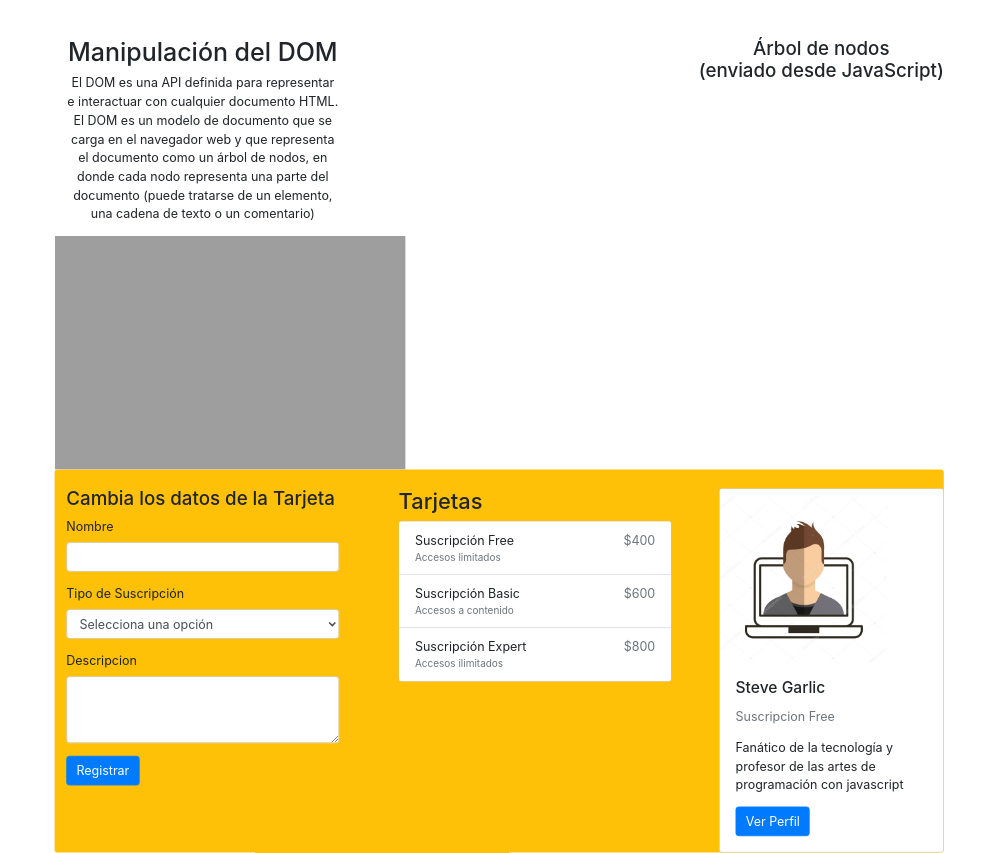
Repository: pedro-donoso/manipulacion-dom
Page: index.html
These files come from the project's save history. The page is drawn as it stood at one moment and after the next save; the edit follows.
The browser window is 1280 px wide. The pictures show the whole page, at 78% of full size.
Pictures or frames that could not be fetched are drawn as grey boxes.

Above is the page before, as saved 2024-02-06 14:36:43.

After the next save:
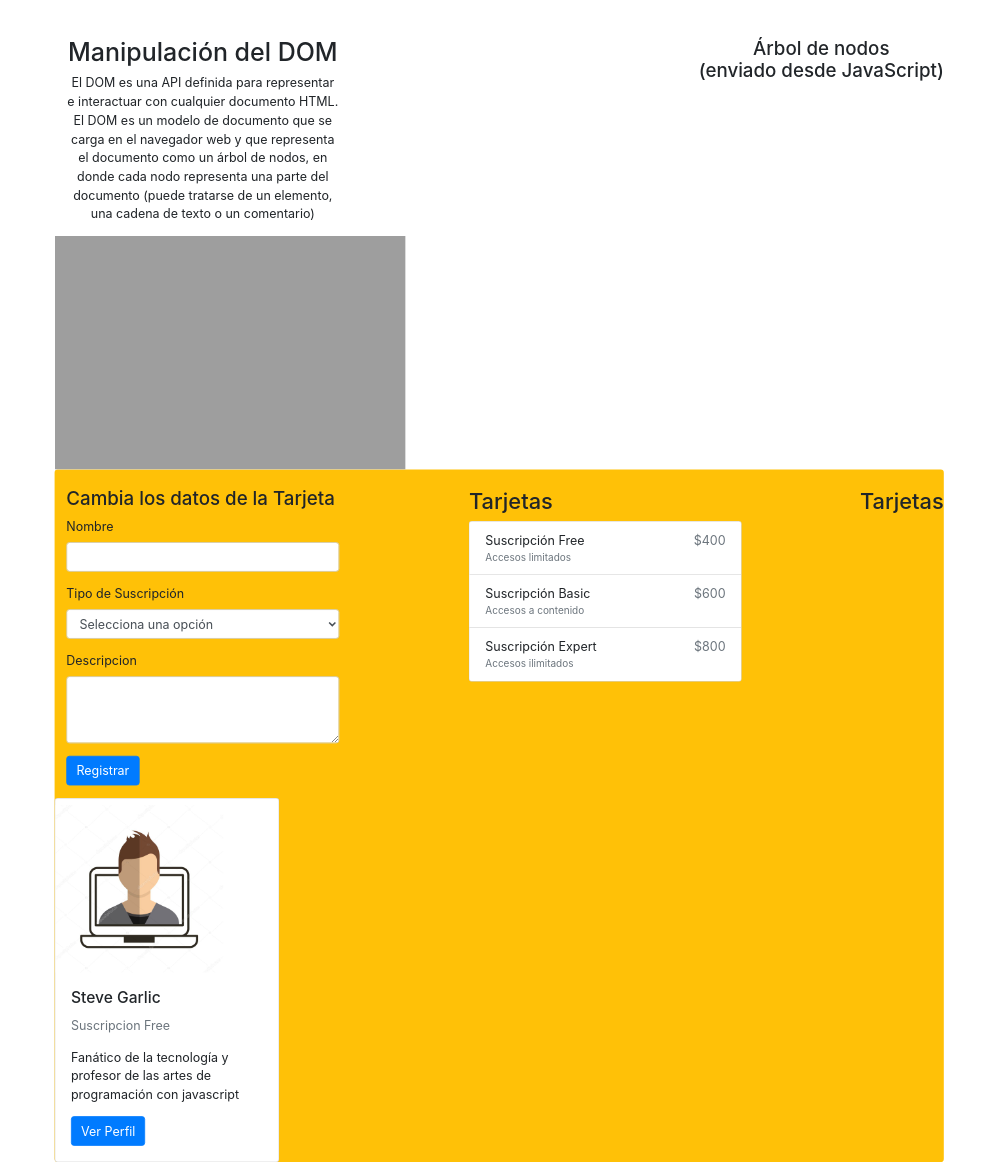
Saved 12 s later.
--- a/index.html
+++ b/index.html
@@ -89,9 +89,9 @@
 
             <!-- 8- AGREGO CARD -->
             <!-- 13- AGREGO ID PARA CAPTURAR CONTENEDOR -->
+            <h3>Tarjetas</h3>
+            <div class="row" id="contenedor_tarjeta">
 
-            <div class="row" id="contenedor_tarjeta">
-<h3>Tarjetas</h3>
             </div>
 
         </div>

After the 4 saves that followed:
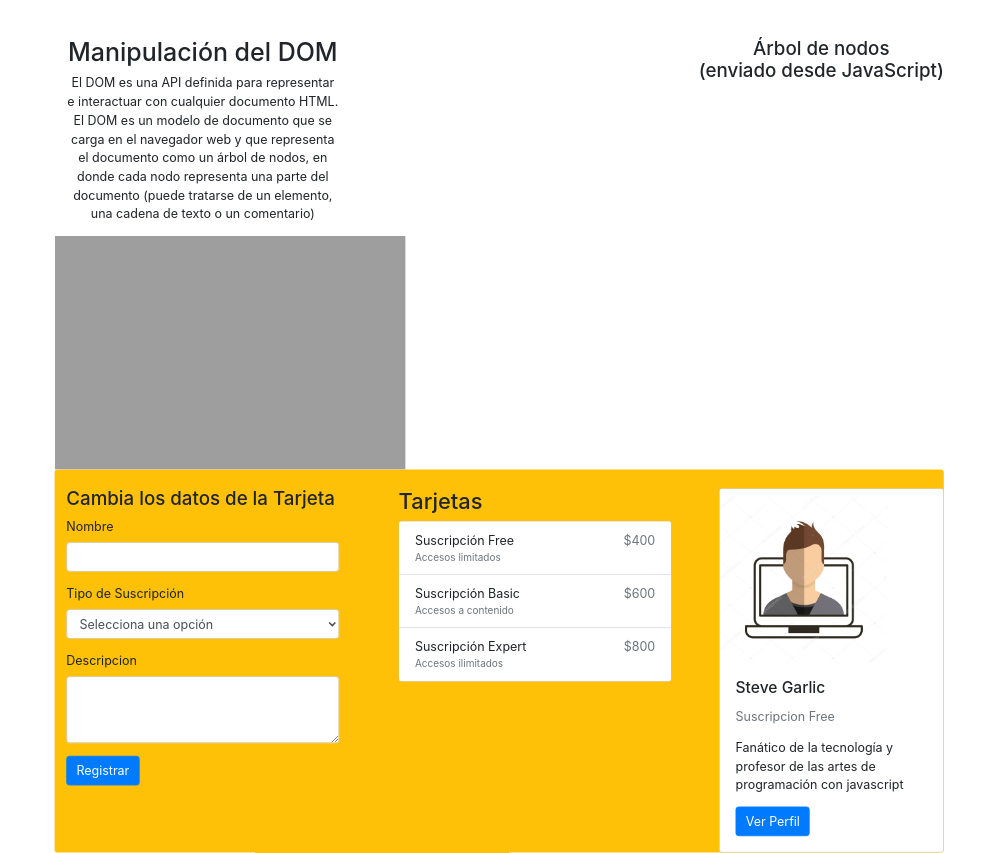
The 4 saves are shown as one change because 2 left the picture as it was and some came seconds apart.
The last was saved 45 s later.
--- a/index.html
+++ b/index.html
@@ -89,7 +89,6 @@
 
             <!-- 8- AGREGO CARD -->
             <!-- 13- AGREGO ID PARA CAPTURAR CONTENEDOR -->
-            <h3>Tarjetas</h3>
             <div class="row" id="contenedor_tarjeta">
 
             </div>
